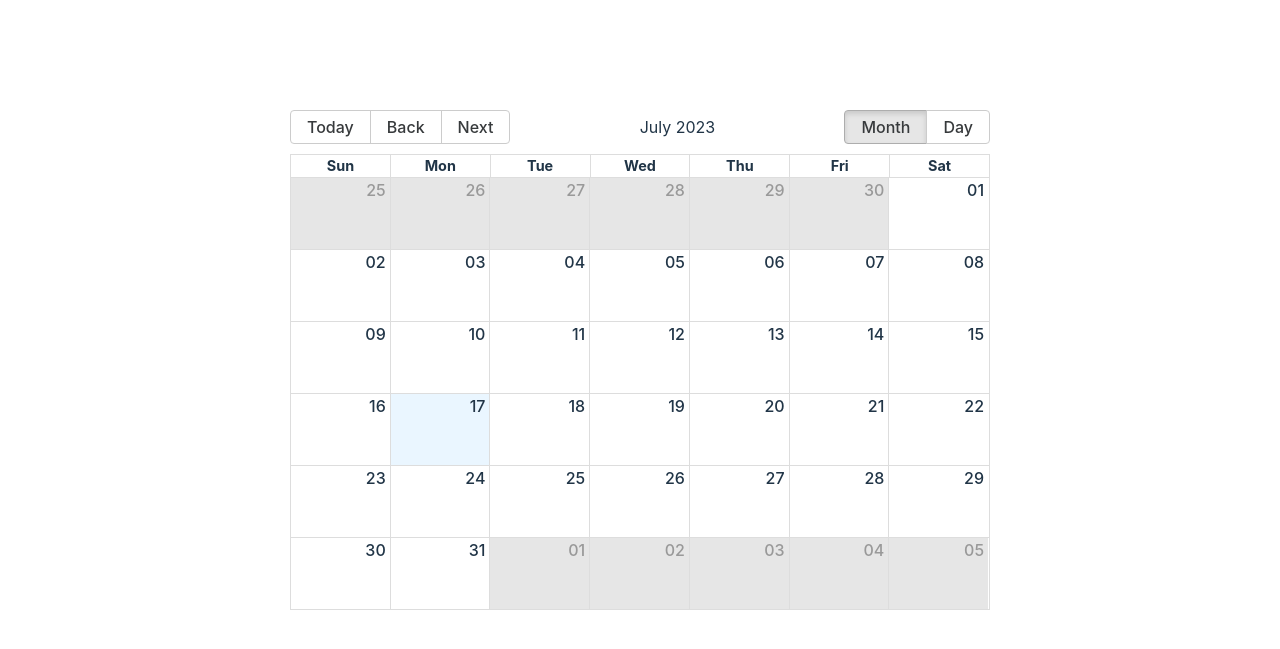
Repository: TetianaMishatkina/Calories-diary
Page: /
The author's editor kept a copy of each file at every save. The page is drawn from the files as they stood at one save, then again after the next save.
The browser window is 1280 px wide. The pictures show the whole page.
The project was rebuilt for these pictures with package versions that can differ from the ones it lists, and the page was loaded fresh each time. Also part of the build but not shown: vite.config.js, src/components/informationForm/styled.js, src/components/informationForm/index.jsx.

Above is the page before, as saved 2023-07-18 16:52:41.

After the next save:
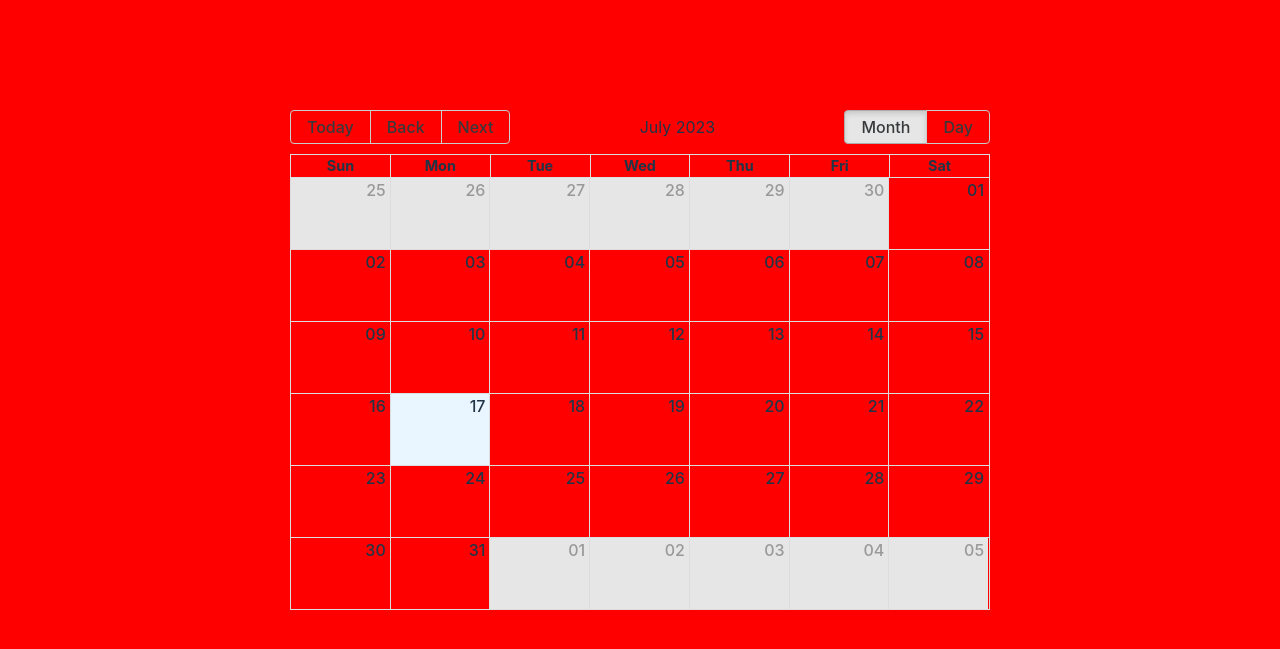
Saved 29 s later.
--- a/src/index.css
+++ b/src/index.css
@@ -27,6 +27,8 @@ body {
   place-items: center;
   min-width: 320px;
   min-height: 100vh;
+  background-color: red;
+  ;
 }
 
 h1 {
